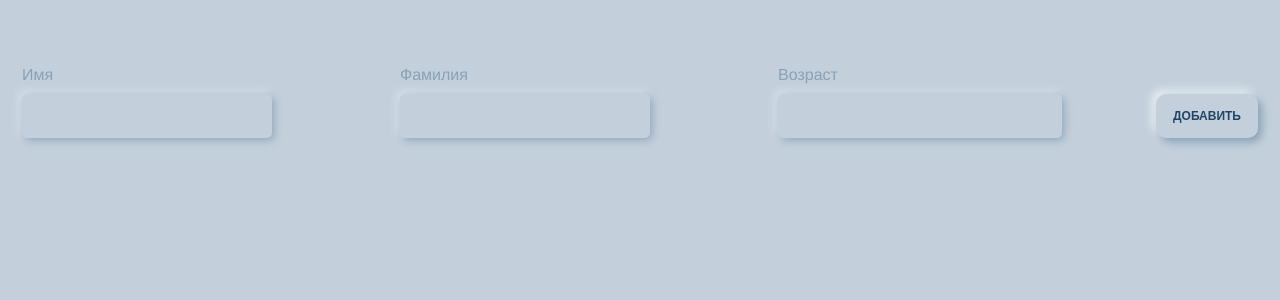
Repository: shum89/test-vue-table
Page: /
The author's editor kept a copy of each file at every save. The page is drawn from the files as they stood at one save, then again after the next save.
The browser window is 1280 px wide. The pictures show the whole page.
The project was rebuilt for these pictures with package versions that can differ from the ones it lists, and the page was loaded fresh each time. Also part of the build but not shown: vue.config.js.

Above is the page before, as saved 2021-07-18 23:38:27.

After the next save:
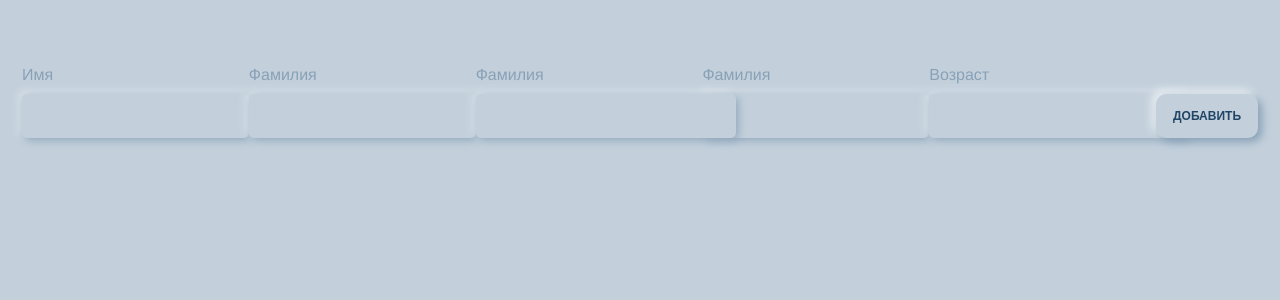
Saved 23 min 28 s later.
--- a/src/components/Form.vue
+++ b/src/components/Form.vue
@@ -2,6 +2,8 @@
   <Form class="form" :validationSchema="schema" @submit="onSubmit">
     <fieldset class="form__fieldset">
       <TextInput name="firstName" label="Имя" />
+      <TextInput name="lastName" label="Фамилия" />
+      <TextInput name="age" type="number" label="Фамилия" />
       <!-- <label class="form__label" for="firstName">
         <span class="form__label-text">Имя</span>
         <span class="form__label-text">{{ errorMessage }}</span>
